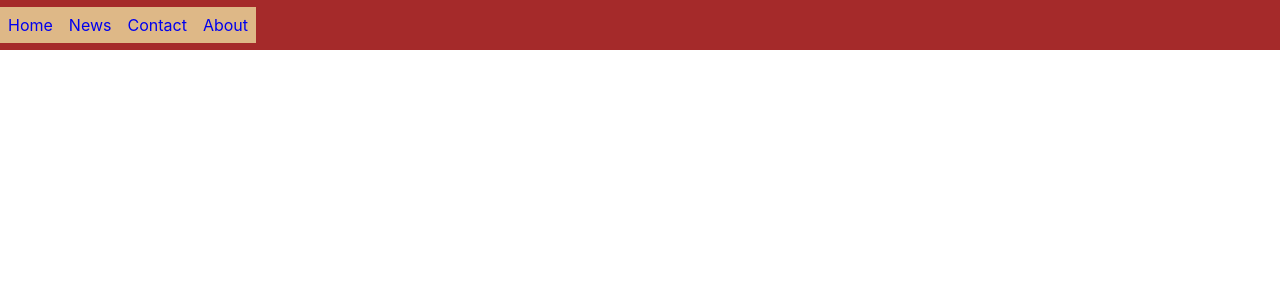
Repository: tusharpasricha/owlsomecoffee
Page: /
These files come from the project's save history. The page is drawn as it stood at one moment and after the next save; the edit follows.
The browser window is 1280 px wide. The pictures show the whole page.
The project was rebuilt for these pictures with package versions that can differ from the ones it lists, and the page was loaded fresh each time.

Above is the page before, as saved 2021-09-27 08:16:43.

### src/App.js

//import './App.css';
import Navbar from './components/navbar';

function App() {
  return (
    <div className="App">
     <Navbar>
     </Navbar>

    </div>
  );
}

export default App;

### src/components/navbar.js
import React from 'react'
import './navbar.css'

const Navbar = () => {
    return (
    <div className="nav">
<ul>
  <li><a href="default.asp">Home</a></li>
  <li><a href="news.asp">News</a></li>
  <li><a href="contact.asp">Contact</a></li>
  <li><a href="about.asp">About</a></li>
</ul>
    </div>
    )
}

export default Navbar

### src/components/navbar.css

.nav{
    display: flex;
    background-color: brown;
    height: 50px;
    align-items: center;

}
ul {
    background-color: burlywood;
    display: flex;
    list-style-type: none;
    margin: 0;
    padding: 0;
    align-items: center;
    float:right;
  }
  li{
      padding: 8px;

  }
  a{
    text-decoration: none;
  }

Loaded but not shown: public/index.html (common file); src/index.js (common file); src/index.css (common file)

After the next save:
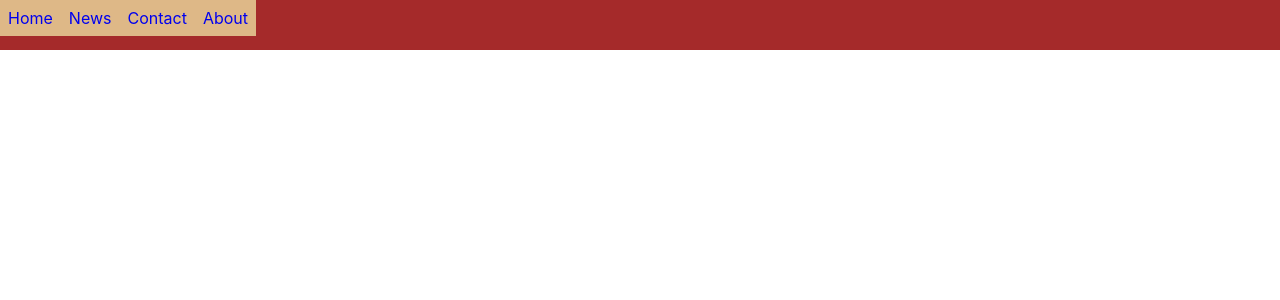
Saved 11 s later.
--- a/src/components/navbar.css
+++ b/src/components/navbar.css
@@ -3,7 +3,7 @@
     display: flex;
     background-color: brown;
     height: 50px;
-    align-items: center;
+    align-items: baseline;
 
 }
 ul {
